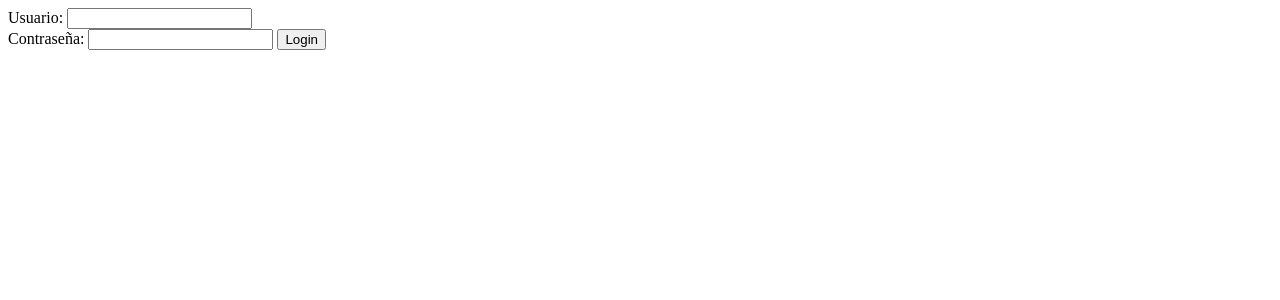
Repository: dasafo/PHP_MySQL_curso
Page: http://localhost/FormularioLogin_28_I.php
These files come from the project's save history. The page is drawn as it stood at one moment and after the next save; the edit follows.
The browser window is 1280 px wide. The pictures show the whole page.
The page is run by PHP 8.4 with error messages shown; the project is at /var/www/html/.

Above is the page before, as saved 2018-11-07 19:26:57.

### BBDD/FormularioLogin_28_I.php
<!DOCTYPE HTML PUBLIC "-//W3C//DTD HTML 4.01 Frameset//EN">
<html>
<head>
<meta http-equiv="Content-Type" content="text/html; charset=UTF-8">
<title>Insert title here</title>
</head>
    <body>

     <form action="PaginaDatos_28_III.php" method="get">

     <label>Usuario: <input type="text" name="usu"> </label><br>
     <label>Contraseña: <input type="text" name="con"> </label>

     <input type="submit" name="enviando" value="Login">

     </form>

    </body>

</html>

After the next save:
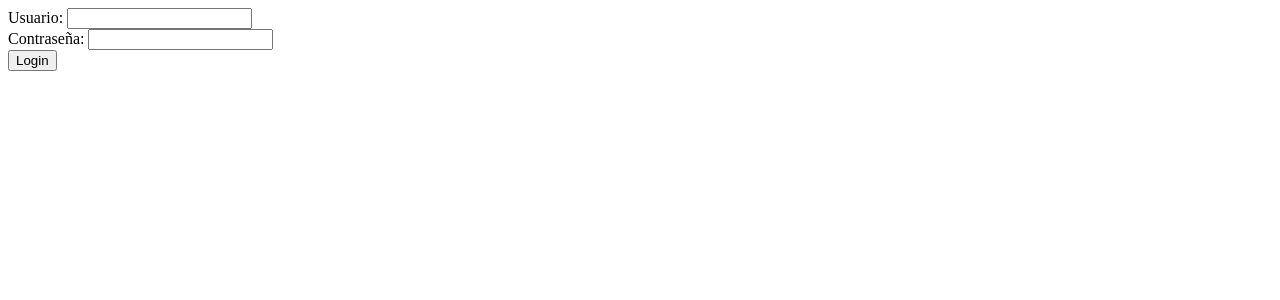
Saved 16 s later.
--- a/BBDD/FormularioLogin_28_I.php
+++ b/BBDD/FormularioLogin_28_I.php
@@ -9,7 +9,7 @@
      <form action="PaginaDatos_28_III.php" method="get">
 
      <label>Usuario: <input type="text" name="usu"> </label><br>
-     <label>Contraseña: <input type="text" name="con"> </label>
+     <label>Contraseña: <input type="text" name="con"> </label><br>
 
      <input type="submit" name="enviando" value="Login">
 
